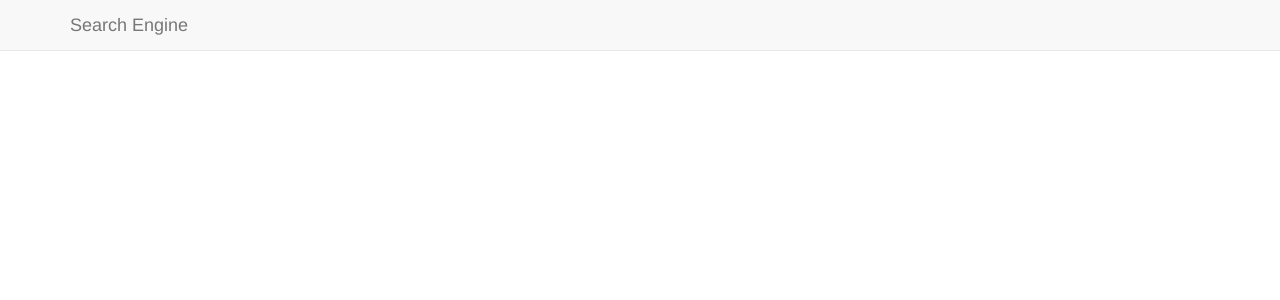
Repository: fallingcoconut/CS121
Page: http://localhost/Webserver/Results.jsp
These files come from the project's save history. The page is drawn as it stood at one moment and after the next save; the edit follows.
The browser window is 1280 px wide. The pictures show the whole page.
The page is served by Tomcat 9. Nobody is signed in. The application's start-up code is not run.

Above is the page before, as saved 2015-06-08 02:48:45.

After the next save:
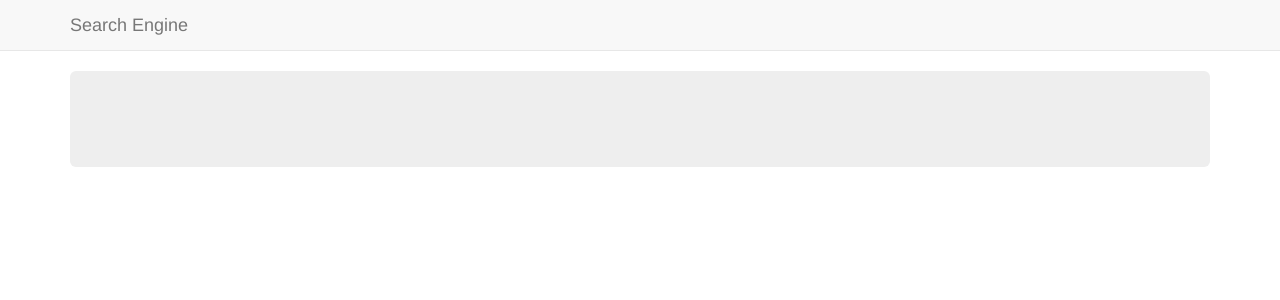
Saved 31 s later.
--- a/Webserver/WebContent/Results.jsp
+++ b/Webserver/WebContent/Results.jsp
@@ -32,7 +32,7 @@
 	</div>
 
 	<!-- returned results-->
-	<div>
+	<div class="jumbotron">
 	</div>
 
 	</div>
